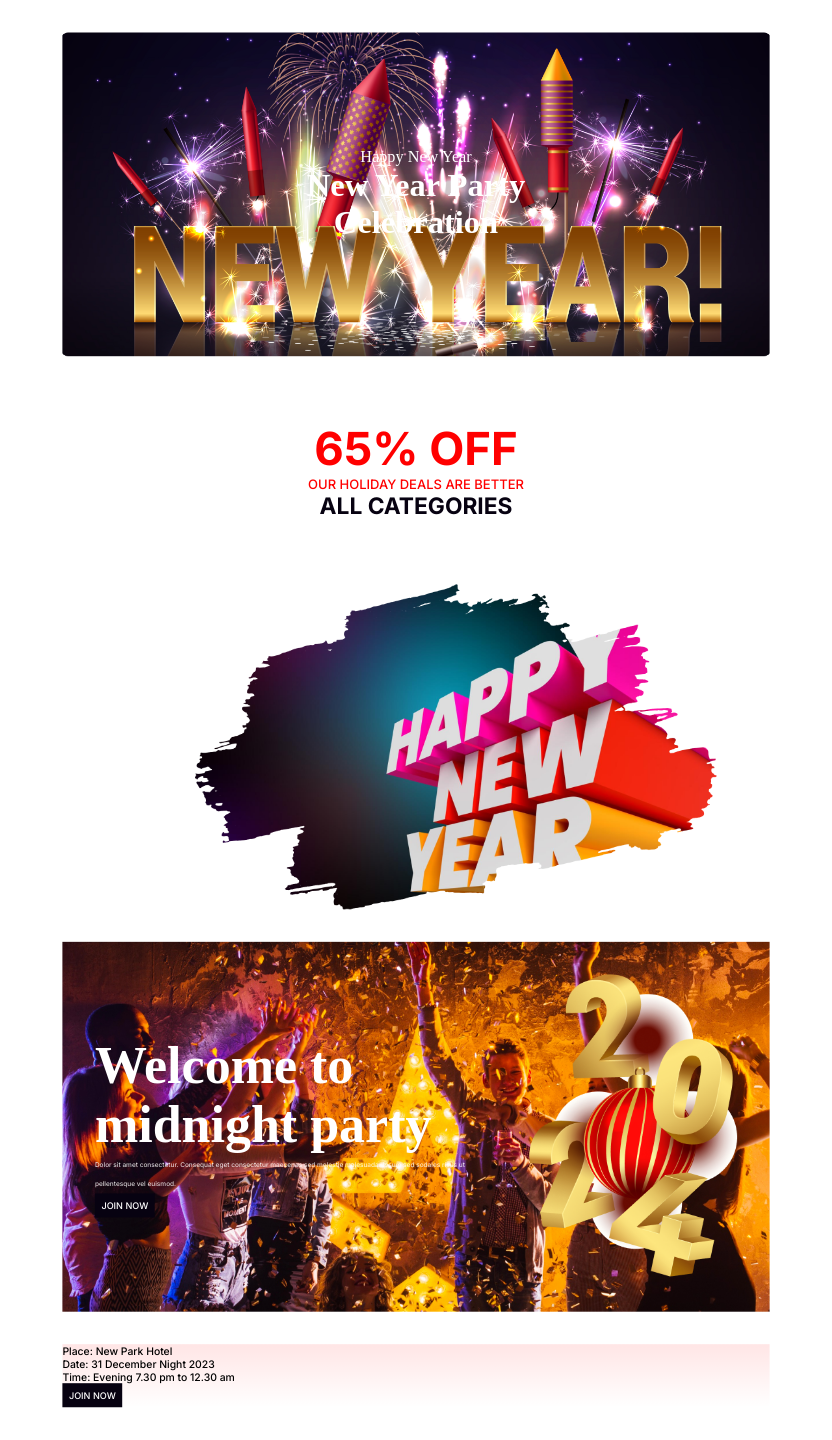
Repository: sumonkumarsarkar/new-year-2024
Page: index.html
These files come from the project's save history. The page is drawn as it stood at one moment and after the next save; the edit follows.
The browser window is 1280 px wide. The pictures show the whole page, at 65% of full size.

Above is the page before, as saved 2024-01-08 11:48:34.

After the next save:
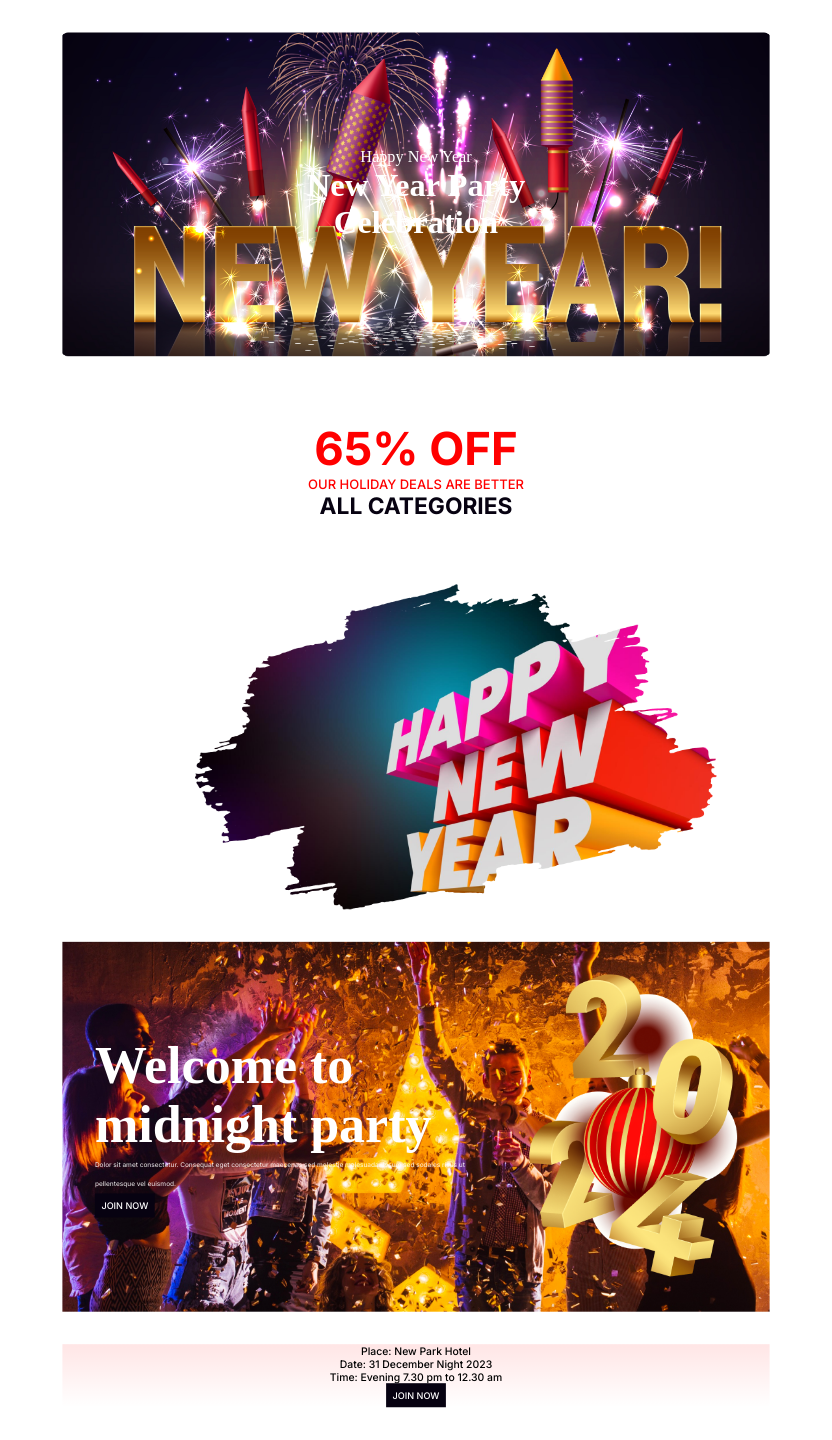
Saved 37 s later.
--- a/style.css
+++ b/style.css
@@ -169,6 +169,7 @@ button {
 /* park hotel start */
 
 .park-hotel-text{
-    background: linear-gradient(180deg, rgba(255, 0, 0, 0.10) 0%, rgba(255, 0, 0, 0.00) 100%);
+ background: linear-gradient(180deg, rgba(255, 0, 0, 0.10) 0%, rgba(255, 0, 0, 0.00) 100%);
+ text-align: center;
 }
 /* park hotel end */
